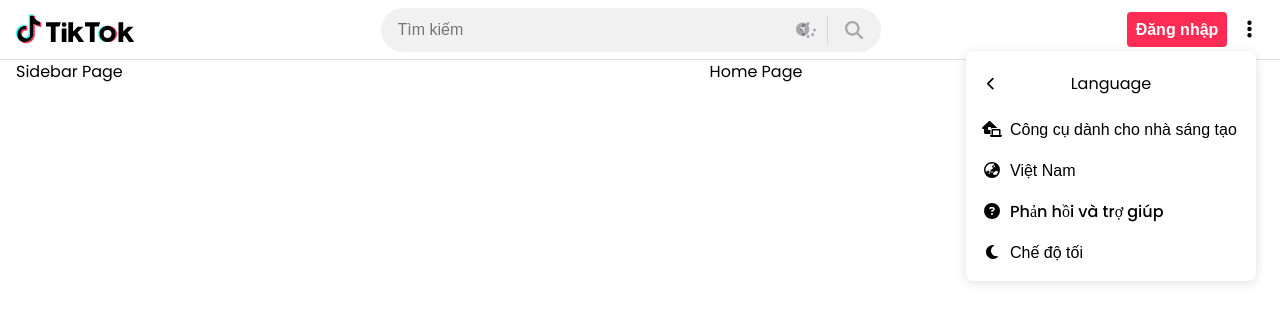
Repository: nvdao03/Tiktok
Page: /
An editor plug-in stored every save of this project. The page is shown before and after the next save, followed by the edit.
The browser window is 1280 px wide. The pictures show the whole page.
The project was rebuilt for these pictures with package versions that can differ from the ones it lists, and the page was loaded fresh each time. Also part of the build but not shown: vite.config.js, src/components/AccountItem/AccountItem.module.scss, src/components/Layout/HeaderOnly/index.jsx, src/pages/Following/index.jsx, src/pages/Profile/index.jsx, src/pages/Upload/index.jsx, src/pages/Search/index.jsx.

Above is the page before, as saved 2025-01-04 22:17:17.

### src/main.jsx
import { StrictMode } from 'react';
import { createRoot } from 'react-dom/client';
import GlobalStyles from './components/GlobalStyles/';
import App from './App.jsx';

createRoot(document.getElementById('root')).render(
  <StrictMode>
    <GlobalStyles>
      <App />
    </GlobalStyles>
  </StrictMode>,
);

### src/App.jsx
import { Fragment } from 'react';
import { BrowserRouter as Router, Routes, Route } from 'react-router-dom';

import { publicRoutes } from './routes';
import { DefaultLayout } from './components/Layout';

function App() {
  return (
    <Router>
      <div className="App">
        <Routes>
          {publicRoutes.map((route, index) => {
            const Pages = route.component;

            // Kiểm tra và check điều kiện để render ra DefaultLayout
            let Layout = DefaultLayout;

            if (route.layout) {
              Layout = route.layout;
            } else if (route.layout === null) {
              Layout = Fragment;
            }

            return (
              <Route
                key={index}
                path={route.path}
                element={
                  <Layout>
                    <Pages />
                  </Layout>
                }
              />
            );
          })}
        </Routes>
      </div>
    </Router>
  );
}

export default App;

### src/components/GlobalStyles/GlobalStyles.scss
// @import 'normalize.css';
@import url('https://fonts.googleapis.com/css2?family=Poppins:ital,wght@0,100;0,200;0,300;0,400;0,500;0,600;0,700;0,800;0,900;1,100;1,200;1,300;1,400;1,500;1,600;1,700;1,800;1,900&display=swap');

html,
body,
div,
span,
applet,
object,
iframe,
h1,
h2,
h3,
h4,
h5,
h6,
p,
blockquote,
pre,
a,
abbr,
acronym,
address,
big,
cite,
code,
del,
dfn,
em,
img,
ins,
kbd,
q,
s,
samp,
small,
strike,
strong,
sub,
sup,
tt,
var,
b,
u,
i,
center,
dl,
dt,
dd,
ol,
ul,
li,
fieldset,
form,
label,
legend,
table,
caption,
tbody,
tfoot,
thead,
tr,
th,
td,
article,
aside,
canvas,
details,
embed,
figure,
figcaption,
footer,
header,
hgroup,
menu,
nav,
output,
ruby,
section,
summary,
time,
mark,
audio,
video {
  margin: 0;
  padding: 0;
  border: 0;
  font-size: 100%;
  font: inherit;
  vertical-align: baseline;
}
/* HTML5 display-role reset for older browsers */
article,
aside,
details,
figcaption,
figure,
footer,
header,
hgroup,
menu,
nav,
section {
  display: block;
}
body {
  line-height: 1;
}
ol,
ul {
  list-style: none;
}
blockquote,
q {
  quotes: none;
}
blockquote:before,
blockquote:after,
q:before,
q:after {
  content: '';
  content: none;
}
table {
  border-collapse: collapse;
  border-spacing: 0;
}

a {
  text-decoration: none;
  color: var(--text-color);
  font-family: inherit;
}

:root {
  --primary: #fe2c55;
  --black: #000;
  --white: #fff;

  // Default Layout
  --default-layout-header-height: 6rem;
}

* {
  box-sizing: border-box;
}

html {
  font-size: 62.5%;
}

body {
  font-family: 'Poppins', serif;
  font-style: normal;

  font-size: 1.6rem;
  line-height: 1.5;
}

button,
input,
[tabindex] {
  outline: none;
  border: none;
  background: transparent;
}

### src/routes/index.js
// Layouts
import { HeaderOnly } from '../components/Layout';

// Pages
import HomePage from '../pages/Home';
import FollowingPage from '../pages/Following';
import ProfilePage from '../pages/Profile';
import UploadPage from '../pages/Upload';
import SearchPage from '../pages/Search';

// 1. Các routes ko cần login vẫn xem được
const publicRoutes = [
  { path: '/', component: HomePage },
  { path: '/following', component: FollowingPage },
  { path: '/profile', component: ProfilePage },
  { path: '/upload', component: UploadPage, layout: HeaderOnly }, // Nếu là null thì lấy DefaultLayout và ngược lại nếu có Layout thì phải lấy Layout truyền vào
  { path: '/search', component: SearchPage, layout: null },
];

// 2. Các routes yêu cầu login
const privateRoutes = [];

export { publicRoutes, privateRoutes };

### src/pages/Home/index.jsx
function Home() {
  return <div>Home Page</div>;
}

export default Home;

### src/components/Layout/DefaultLayout/index.jsx
import Sidebar from './Sidebar';
import Header from '../components/Header';
import styles from './DefaultLayout.module.scss';
import classNames from 'classnames/bind';

const cx = classNames.bind(styles);

function DefaultLayout({ children }) {
  return (
    <div className={cx('wrapper')}>
      <Header />
      <div className={cx('container')}>
        <Sidebar />
        <main className={cx('content')}>{children}</main>
      </div>
    </div>
  );
}

export default DefaultLayout;

### src/components/Layout/DefaultLayout/Sidebar/index.jsx
import React from 'react';
import styles from './Sidebar.module.scss';
import classNames from 'classnames/bind';

const cx = classNames.bind(styles);

function Sidebar() {
  return (
    <aside className={cx('wrapper')}>
      <h2>Sidebar Page</h2>
    </aside>
  );
}

export default Sidebar;

### src/components/Layout/components/Header/index.jsx
import React, { useEffect, useState } from 'react';
import classNames from 'classnames/bind';
import { FontAwesomeIcon } from '@fortawesome/react-fontawesome';
import {
  faCircleXmark,
  faSpinner,
  faMagnifyingGlass,
  faEllipsisVertical,
  faEarthAsia,
  faHouseLaptop,
  faCircleQuestion,
  faMoon,
} from '@fortawesome/free-solid-svg-icons';
import Tippy from '@tippyjs/react/headless';

import styles from './Header.module.scss';
import images from '../../../../assets/images';
import { Wrapper as PopperWrapper } from '../../../../components/Popper';
import AccountItem from '../../../AccountItem';
import Button from '../../../Buttons';
import Menu from '../../../Popper/Menu';

// 1. Thằng bind này nó giúp mình bind object style này vào -> và trả ra cái method cx -> dùng cx để làm việc với class thì sẽ viết được dấu gạch -
// 2. Cứ thằng nào là thẻ ôm của 1 component thì cứ đặt tên nó là wrapper
const cx = classNames.bind(styles);

// 3. Nội dung ở trong Menu sẽ thay đổi theo nhiều kiểu -> mình sẽ ko để cứng mà truyền data và render ra màn hình
const MENU_ITEMS = [
  {
    icon: <FontAwesomeIcon icon={faHouseLaptop} />,
    title: 'Công cụ dành cho nhà sáng tạo',
  },
  {
    icon: <FontAwesomeIcon icon={faEarthAsia} />,
    title: 'Việt Nam',
  },
  {
    icon: <FontAwesomeIcon icon={faCircleQuestion} />,
    title: 'Phản hồi và trợ giúp',
    to: '/feedback',
  },
  {
    icon: <FontAwesomeIcon icon={faMoon} />,
    title: 'Chế độ tối',
  },
];

function Header() {
  const [searchResult, setSearchResult] = useState([]);

  useEffect(() => {
    setTimeout(() => {
      setSearchResult([]);
    }, 1000);
  }, []);

  return (
    <header className={cx('wrapper')}>
      <div className={cx('inner')}>
        {/* Logo */}
        <a href="/" className={cx('logo')}>
          <img src={images.logo} alt="TikTok" />
        </a>

        {/* Search */}
        <Tippy
          visible={searchResult.length > 0}
          interactive={true}
          render={(attrs) => (
            <div className={cx('search-result')} tabIndex="-1" {...attrs}>
              <PopperWrapper>
                <h4 className={cx('search-title')}>Tài khoản</h4>
                <AccountItem />
                <AccountItem />
              </PopperWrapper>
            </div>
          )}
        >
          <div className={cx('search')}>
            <form action="" className={cx('search-form')}>
              <input type="text" placeholder="Tìm kiếm" />
              <button type="button" className={cx('search-clear')}>
                <FontAwesomeIcon icon={faCircleXmark} />
              </button>
              <FontAwesomeIcon className={cx('search-loading')} icon={faSpinner} />

              <button type="button" className={cx('search-btn')}>
                <FontAwesomeIcon icon={faMagnifyingGlass} />
              </button>
            </form>
          </div>
        </Tippy>
        {/* Actions */}
        <div className={cx('actions')}>
          {/* <Button text>Đăng ký</Button> */}
          <Button primary className={cx('custom-primary')}>
            Đăng nhập
          </Button>

          <Menu items={MENU_ITEMS}>
            <button className={cx('more-btn')}>
              <FontAwesomeIcon icon={faEllipsisVertical} />
            </button>
          </Menu>
        </div>
      </div>
    </header>
  );
}

export default Header;

### src/components/Layout/DefaultLayout/DefaultLayout.module.scss
.wrapper {
  display: flex;
  justify-content: center;
  flex-direction: column;
}

.container {
  display: flex;
  justify-content: space-between;
  flex: 1 1 auto;

  width: 100%;
  max-width: 100%;
  padding-left: 1.6rem;
  padding-right: 2.4rem;

  background-color: rgb(255, 255, 255);
}

.content {
  position: relative;

  display: flex;
  justify-content: center;

  min-width: 42rem;
  margin: 0px auto;

  -webkit-box-pack: center;
}

### src/components/Layout/DefaultLayout/Sidebar/Sidebar.module.scss
.wrapper {
  width: 24rem;
  height: 100%;
}

### src/components/Layout/components/Header/Header.module.scss
.wrapper {
  height: var(--default-layout-header-height);

  background: rgb(255, 255, 255);
  border-bottom: 0.1rem solid rgba(0, 0, 0, 0.12);
}

.inner {
  display: flex;
  align-items: center;
  justify-content: space-between;

  height: 100%;
  width: 100%;
  max-width: 100%;
  padding-left: 1.6rem;
  padding-right: 2.4rem;
}

.logo {
  display: flex;
  align-items: center;

  user-select: none;
}

.search {
  position: relative;

  min-width: 20rem;
  width: 51.6rem;
  padding: 0rem 0.8rem;
}

.search-result {
  --search-result-width: 51.6rem;

  width: calc(var(--search-result-width) - 1.6rem);
}

.search-title {
  height: 3rem;
  padding: 0.5rem 1.2rem;
  font-size: 1.4rem;
  line-height: 1.8rem;
  font-weight: 600;
  color: rgba(22, 24, 35, 0.5);
}

.search-form {
  position: relative;
  display: flex;

  background: rgba(22, 24, 35, 0.06);
  padding-left: 1.6rem;
  border-radius: 9.2rem;

  overflow: hidden;

  border: 1.5px solid transparent;

  &:focus-within {
    border-color: rgba(22, 24, 35, 0.2);
  }

  &::after {
    content: '';
    position: absolute;
    top: 50%;
    right: 5.2rem;

    transform: translateY(-50%);

    width: 0.1rem;
    height: 2.8rem;
    background: rgba(22, 24, 35, 0.12);
  }

  input {
    height: 100%;

    font-weight: 400;
    font-size: 1.6rem;
    line-height: 2.1rem;

    padding: 1.2rem 0;
    border: none;
    outline: none;

    color: var(--black);
    caret-color: var(--primary);

    background: transparent;
  }

  input:not(:placeholder-shown) ~ .search-btn {
    color: rgba(22, 24, 35, 0.8);
  }
}

.search-clear,
.search-loading {
  position: absolute;
  right: 6.4rem;
  top: 50%;

  transform: translateY(-50%);

  color: rgba(22, 24, 35, 0.34);

  cursor: pointer;
}

.search-btn {
  display: flex;
  justify-content: center;
  align-items: center;

  width: 5.2rem;

  font-size: 1.8rem;
  color: rgba(22, 24, 35, 0.34);

  margin-left: auto;
  border: none;
  outline: none;
  background: transparent;

  &:hover {
    cursor: pointer;
    color: rgba(22, 24, 35, 0.8);
    background: rgba(22, 24, 35, 0.03);
    border-top-right-radius: 0.92rem;
    border-bottom-right-radius: 0.92rem;
  }
}

.actions {
  display: flex;
  align-items: center;
  justify-content: center;
}

// More button
.more-btn {
  font-size: 2rem;
  margin-left: 1.6rem;
  padding: 0 0.4rem;
  background: transparent;
  cursor: pointer;
}

### src/assets/images/index.js
/*

  Cách 1:
  const images = {
    logo: '/src/assets/images/logo.png'
  }

  Cách 2:
  const images = {
    logo: new URL('./logo.png', import.meta.url).href
      - import.meta.url: Đây là url module hiện tại, cung cấp thông tin về vị trí của file hiện tại
      - .href: Đây là đường dẫn URL hoàn chỉnh từ đối tượng URL
  }

*/

const images = {
  logo: new URL('./logo.svg', import.meta.url).href,
};

export default images;

### src/components/AccountItem/index.jsx
import React from 'react';
import classNames from 'classnames/bind';
import { FontAwesomeIcon } from '@fortawesome/react-fontawesome';
import { faCheck, faCheckCircle } from '@fortawesome/free-solid-svg-icons';

import styles from './AccountItem.module.scss';

const cx = classNames.bind(styles);

function AccountItem() {
  return (
    <div className={cx('wrapper')}>
      <img
        src="https://p16-sign-va.tiktokcdn.com/tos-maliva-avt-0068/1be015feb10a86a0177f048001bd0469~c5_100x100.jpeg?lk3s=30310797&nonce=15317&refresh_token=66705073abf8410ab80e2fd3d5b10936&x-expires=1735992000&x-signature=0UfE0BNkbiXxWny8Wc1fAKic2%2FM%3D&shp=30310797&shcp=-"
        alt="Hoa"
        className={cx('avatar')}
      />
      <div className={cx('info')}>
        <h4 className={cx('name')}>
          <span>Nguyen Van A</span>
          <FontAwesomeIcon className={cx('check')} icon={faCheckCircle} />
        </h4>
        <span className={cx('username')}>Hoa Hậu Quốc Gia</span>
      </div>
    </div>
  );
}

export default AccountItem;

### src/components/Buttons/index.jsx
import React from 'react';
import classNames from 'classnames/bind';
import { Link } from 'react-router-dom';

import styles from './Button.module.scss';

const cx = classNames.bind(styles);

function Button({
  to,
  href,
  children,
  primary = false,
  outline = false,
  text = false,
  rounded = false,
  disabled = false,
  small = false,
  large = false,
  className,
  leftIcon,
  rightIcon,
  onClick,
  ...passProps
}) {
  let Component = 'button';

  const props = {
    onClick,
    ...passProps,
  };

  if (to) {
    props.to = to;
    Component = Link;
  } else if (href) {
    props.href = href;
    Component = 'a';
  }

  if (disabled) {
    delete props.onClick;
  }

  const classes = cx('wrapper', {
    primary,
    outline,
    small,
    large,
    text,
    disabled,
    rounded,
    [className]: className,
  });

  return (
    <Component className={classes} {...props}>
      {leftIcon && <span className={cx('icon')}>{leftIcon}</span>}
      <span className={cx('title')}>{children}</span>
      {rightIcon && <span className={cx('icon')}>{rightIcon}</span>}
    </Component>
  );
}

export default Button;

### src/components/Popper/Menu/index.jsx
import React from 'react';
import Tippy from '@tippyjs/react/headless';
import classNames from 'classnames/bind';

import MenuItem from './MenuItem';
import styles from './Menu.module.scss';
import { Wrapper as PopperWrapper } from '../../Popper';
import Header from './Header';

const cx = classNames.bind(styles);

function Menu({ children, items = [] }) {
  const renderItems = () => {
    return items.map((item, index) => <MenuItem key={index} data={item} />);
  };

  return (
    <Tippy
      visible
      interactive
      delay={[0, 500]}
      placement="bottom-end"
      render={(attrs) => (
        <div className={cx('menu-list')} tabIndex="-1" {...attrs}>
          <PopperWrapper className={cx('menu-popper')}>
            <Header title="Language" />
            {renderItems()}
          </PopperWrapper>
        </div>
      )}
    >
      {children}
    </Tippy>
  );
}

export default Menu;

### src/components/Popper/Wrapper.jsx
import React from 'react';
import classNames from 'classnames/bind';

import styles from './Popper.module.scss';

const cx = classNames.bind(styles);

function Wrapper({ children, className }) {
  return <div className={cx('wrapper', className)}>{children}</div>;
}

export default Wrapper;

### src/components/Buttons/Button.module.scss
.wrapper {
  position: relative;

  display: inline-flex;
  align-items: center;
  justify-content: center;

  min-width: 10rem;

  padding: 0.7rem 0.8rem;

  border-radius: 0.4rem;
  border: none;

  font-weight: 700;
  font-size: 1.6rem;
  line-height: 2.1rem;

  user-select: none;
  cursor: pointer;
  background-color: transparent;

  + .wrapper {
    margin-left: 1.6rem;
  }

  &.disabled {
    cursor: none;
    pointer-events: none;
    opacity: 0.5;
  }
}

.icon + .title,
.title + .icon {
  margin-left: 0.8rem;
}

.icon {
  display: inline-block;
  width: 2rem;
  text-align: center;
}

// Button types
.rounded {
  min-width: 90px;
  height: 3.2rem;

  font-weight: 700;
  font-size: 1.4rem;
  line-height: 3rem;

  border: 1px solid rgba(22, 24, 35, 0.12);
  border-radius: 5.2rem;

  color: rgba(22, 24, 35, 0.75);
  background: none rgb(255, 255, 255);

  &:hover {
    border-color: rgba(22, 24, 35, 0.2);
    background-color: rgb(255, 255, 255);
  }
}

.primary {
  margin-left: 1.6rem;

  color: var(--white);
  background-color: rgb(254, 44, 85);
  border-color: var(--primary);

  &:hover {
    border-color: var(--primary);
    background: linear-gradient(0deg, rgba(0, 0, 0, 0.06), rgba(0, 0, 0, 0.06)), rgb(254, 44, 85);
  }
}

.custom-primary {
  margin-left: 0 !important;
}

.outline {
  border: 0.1rem solid rgb(254, 44, 85);
  border-radius: 4px;
  color: rgb(254, 44, 85);
  background-color: rgb(255, 255, 255);

  font-weight: 600;
}

.text {
  &:hover {
    text-decoration: underline;
  }
}

// Button sizes
.small {
  min-width: 10.6rem;
}

.large {
  min-width: 20.8rem;
  height: 4.8rem;
}

### src/components/Popper/Menu/MenuItem.jsx
import React from 'react';
import Button from '../../Buttons';
import classNames from 'classnames/bind';
import styles from './Menu.module.scss';

const cx = classNames.bind(styles);

function MenuItem({ data }) {
  return (
    <Button className={cx('menu-item')} leftIcon={data.icon} to={data.to}>
      {data.title}
    </Button>
  );
}

export default MenuItem;

### src/components/Popper/Menu/Menu.module.scss
// Menu wrapper
.menu-list {
  width: 29rem;

  // Menu item
  .menu-item {
    white-space: nowrap;
    margin-left: 0;
    padding: 1rem 0.8rem 1rem 1.6rem;
    border-radius: 0;

    width: 100%;
    justify-content: flex-start;

    font-weight: 500;

    &:hover {
      background: rgba(22, 24, 35, 0.03);
    }
  }
}

// Menu popper
.menu-popper {
  padding-bottom: 8px;
}

// Header
.header {
  position: relative;
  height: 50px;
}

.back-btn {
  width: 5rem;
  height: 100%;
  background: transparent;
  border: none;
  cursor: pointer;
}

.header-title {
  position: absolute;
  top: 50%;
  left: 50%;
  transform: translate(-50%, -50%);
}

### src/components/Popper/Menu/Header.jsx
import React from 'react';
import classNames from 'classnames/bind';
import { FontAwesomeIcon } from '@fortawesome/react-fontawesome';
import { faChevronLeft } from '@fortawesome/free-solid-svg-icons';

import styles from './Menu.module.scss';

const cx = classNames.bind(styles);

function Header({ title, onBack }) {
  return (
    <header className={cx('header')}>
      <button className={cx('back-btn')} onClick={onBack}>
        <FontAwesomeIcon icon={faChevronLeft} />
      </button>
      <h4 className={cx('header-title')}>{title}</h4>
    </header>
  );
}

export default Header;

### src/components/Popper/Popper.module.scss
.wrapper {
  width: 100%;
  max-height: min(-156px + 100vh, 760px);
  background: rgb(255, 255, 255);
  box-shadow: rgba(0, 0, 0, 0.12) 0px 2px 12px;
  border-radius: 8px;
  padding-top: 8px;
}

Loaded but not shown: index.html (common file); src/components/GlobalStyles/index.js (common file); src/components/Layout/index.jsx (common file); src/components/Popper/index.jsx (common file)

After the next save:
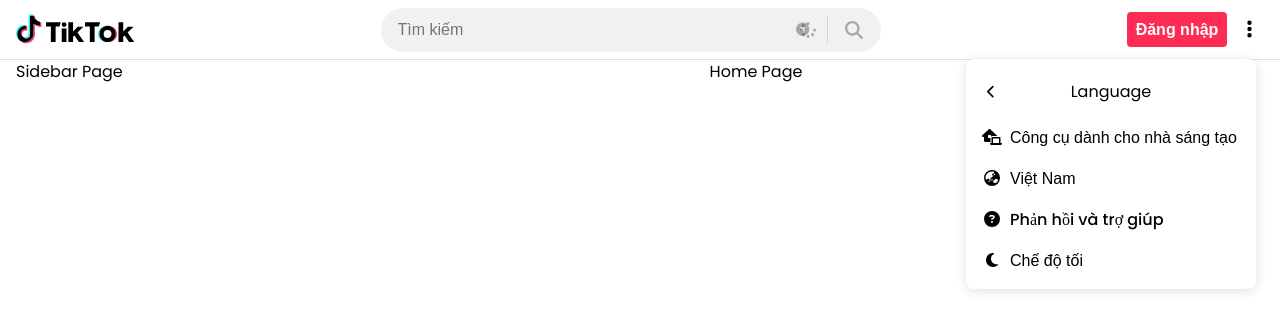
Saved 45 s later.
--- a/src/components/Popper/Menu/Menu.module.scss
+++ b/src/components/Popper/Menu/Menu.module.scss
@@ -23,6 +23,7 @@
 // Menu popper
 .menu-popper {
   padding-bottom: 8px;
+  margin-top: 0.8rem;
 }
 
 // Header

After the save that followed:
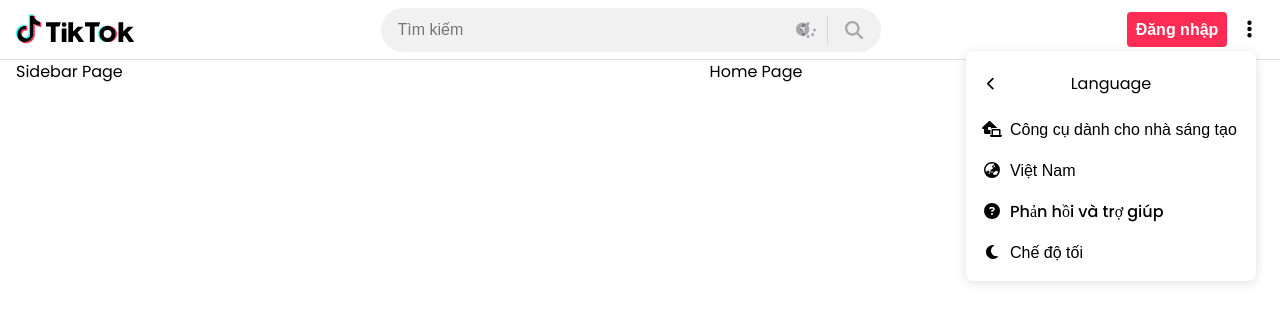
Saved 22 s later.
--- a/src/components/Popper/Menu/Menu.module.scss
+++ b/src/components/Popper/Menu/Menu.module.scss
@@ -23,7 +23,7 @@
 // Menu popper
 .menu-popper {
   padding-bottom: 8px;
-  margin-top: 0.8rem;
+  top: -0.8rem;
 }
 
 // Header
